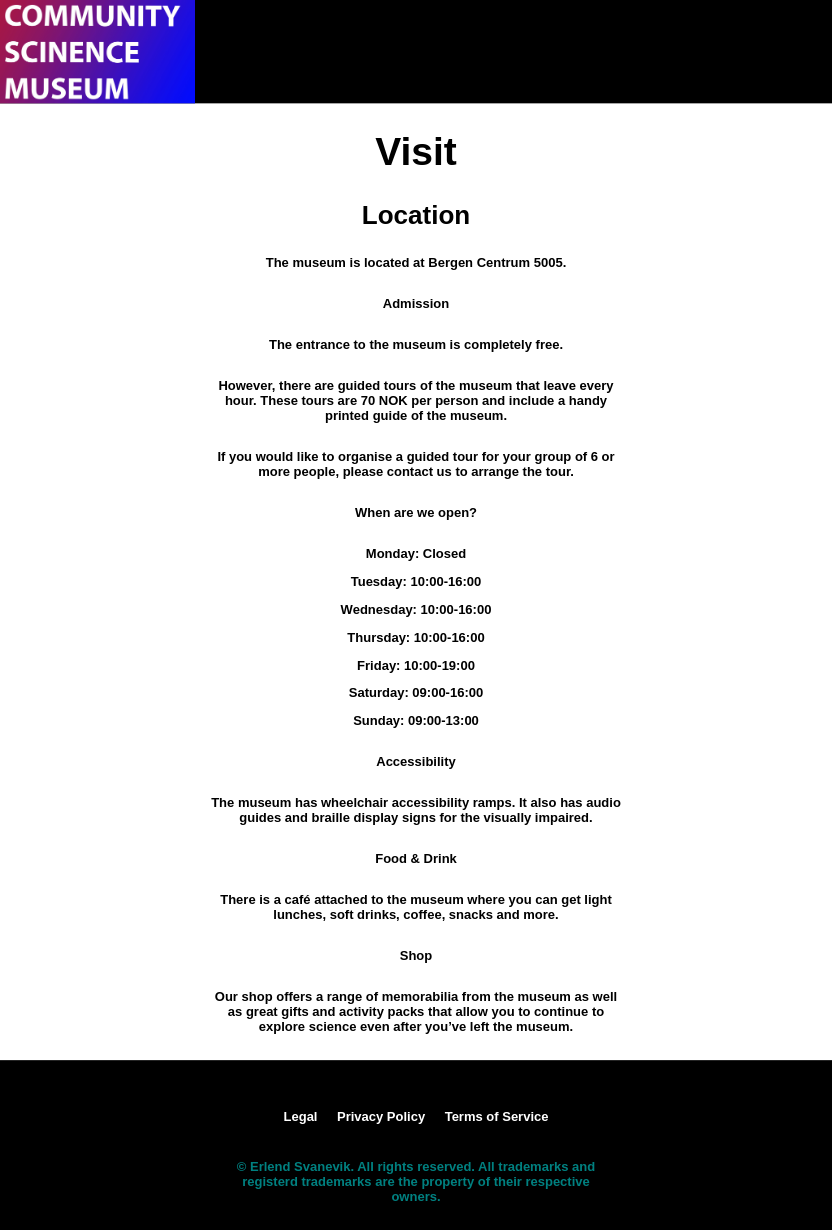
Repository: EpleWasTaken/Semester-Project
Page: visit.html
These files come from the project's save history. The page is drawn as it stood at one moment and after the next save; the edit follows.
The browser window is 1280 px wide. The pictures show the whole page, at 65% of full size.
Some web libraries are served in a nearby version.

Above is the page before, as saved 2020-12-04 16:50:15.

### visit.html
<!DOCTYPE html>
<html lang="en">
<head>
    <meta charset="UTF-8">
    <meta name="viewport" content="width=device-width, initial-scale=1.0">
    <meta name="keywords" content="museum, science museum, community museum">
    <meta name="author" content="Erlend Molvik Svanevik">
    <title>CMS Visit</title>

    <link rel="stylesheet" href="./css/styles.css">
    <link rel="stylesheet" href="./css/footer.css">

</head>


<!--NAVIGAION, LOGO AND SEARCH BAR-->


<body>
    <header>
        <div class="logo-container">
            <a href="index.html" aria-label="Go to frontpage">
                <img src="/Images/CommunityScienceMuseum.jpg" class="logo" alt="Community Science Museum logo">
            </a>
        </div>
        <label class="hamburger-menu" for="hamburger-menu" aria-label="Hamburger menu for navigation"><i class="fas fa-bars fa-2x"></i></label>
        <input type="checkbox" id="hamburger-menu">
        <nav>
            <div class="nav-container">
                <ul>
                    <h2>Menu</h2>
                    <li><a href="index.html" aria-label="Go to home page">Home</a></li>
                    <li><a href="visit.html" aria-label="Go to the visit page">Visit</a></li>
                    <li><a href="to-see-and-do.html" aria-label="Go to: To see and do">To see and do</a></li>
                    <li><a href="contact.html" aria-label="Go to the contact page">Contact</a></li>
                    <li><a href="about.html" aria-label="Go to the about page">About</a></li>
                </ul>
            </div>
        </nav>
    </header>


<main>
    <div class="visit-container">
        <div class="visit-text">
        <h1>Visit</h1>
        <h3>Location</h3>
        <p>The museum is located at Bergen Centrum 5005.</p>
    </div>
    <div>
        <h2>Admission</h2>
        <p>The entrance to the museum is completely free.</p>
        <p>However, there are guided tours of the museum that leave every hour.
        These tours are 70 NOK per person and include a handy printed guide of the museum.</p>
        <p>If you would like to organise a guided tour for your group of 6 or more people, please contact us to arrange the tour.</p>
    </div>
    <div class="open-hours">
        <h2>When are we open?</h2>
        <p>Monday: Closed</p>
        <p>Tuesday: 10:00-16:00</p>
        <p>Wednesday: 10:00-16:00</p>
        <p>Thursday: 10:00-16:00</p>
        <p>Friday: 10:00-19:00</p>
        <p>Saturday: 09:00-16:00</p>
        <p>Sunday: 09:00-13:00</p>

    </div>
    <div>
        <h2>Accessibility</h2>
        <p>The museum has wheelchair accessibility ramps.
        It also has audio guides and braille display signs for the visually impaired.</p>
    </div>
    <div>
        <h2>Food & Drink</h2>
        <p>There is a café attached to the museum where you can get light lunches, soft drinks, coffee, snacks and more.</p>
    </div>
    <div>
        <h2>Shop</h2>
        <p>Our shop offers a range of memorabilia from the museum as well as great gifts and activity packs that allow you to continue to explore science even after you’ve left the museum.</p>
    </div>
</main>


<!--FOOTER, TOS/LEGAL/PRIVACY-POLICY AND SOCIALS-->


    <footer class="footer">
        <div class="footer-container">
            <ul class="footer-social">
                <li>
                    <a href="#0" class="facebook"><i class="fab fa-facebook"></i></a>
                </li>
                <li>
                    <a href="#0" class="twitter"><i class="fab fa-twitter"></i></a>
                </li>
                <li>
                    <a href="#0" class="youtube"><i class="fab fa-youtube"></i></a>
                </li>
            </ul>
        </div>
        <div class="footer-container">
            <div class="footer-legal">
                <a href="#0">Legal</a>
                <a href="#0">Privacy Policy</a>
                <a href="#0">Terms of Service</a>
            </div>
            <div class="footer-copyright">
                <p>&copy; Erlend Svanevik. All rights reserved. All trademarks and registerd trademarks are the property of
                   their respective owners.</p>
            </div>
        </div>
    </footer>
</body>
</html>

### css/styles.css
* {
	margin: 0px;
	padding: 0px;
	box-sizing: border-box;
}

body {
	font-family: 'poppins', sans seriff;
	background-color: white;
}

header {
	display: flex;
	background-color: black;
}

.logo {
	max-width: 125px;
}

.logo-container {
	height: 66.41px;
}

/* NAVIGATION/HAMBURGER MENU/CLICKEBLE
-------------------------------------------*/

nav {
	display: none;
}

label {
	display: block;
	height: 48px;
	padding: 16px;
	position: absolute;
	right: 0;
	top: 0;
	color: white;
	z-index: 1;
}

.nav-container {
	display: flex;
	flex-direction: column;
	align-items: center;
	position: fixed;
	top: 0;
	right: 0;
	background-color: black;
	width: 100%;
	height: 100vh;
	justify-content: center;
}

ul a {
	display: flex;
	text-decoration: none;
	font-size: 25px;
	justify-content: space-between;
	list-style-type: none;
	color: white;
	margin: 15px;
	font-weight: 400;
	align-items: center;
}

ul h2 {
	display: flex;
	text-decoration: underline;
	font-size: 35px;
	justify-content: space-between;
	list-style-type: none;
	color: white;
	margin: 25px;
	font-weight: 600;
	align-items: center;
}

ul {
	display: flex;
	flex-direction: column;
	justify-content: center;
	align-items: center;
}

#hamburger-menu {
	display: none;
}

#hamburger-menu:checked ~ nav {
	display: block;
}

/*PICTURES
-----------------------------------------------*/

.homepic {
	width: auto;
	max-width: 100%;
	height: auto;
}

/**/

h1 {
	display: flex;
	align-items: center;
	justify-content: center;
	font-family: 'poppins', sans-serif;
	margin-left: auto;
	margin-right: auto;
	font-weight: 600;
	font-size: 30px;
	margin: 40px;
	text-align: center;
}

h3 {
	display: flex;
	align-items: center;
	justify-content: center;
	font-family: 'poppins', sans-serif;
	font-weight: 600;
	font-size: 20px;
	margin: 40px;
	text-align: center;
}

h2 {
	display: flex;
	align-items: center;
	justify-content: center;
	font-family: 'poppins', sans-serif;
	margin-left: auto;
	margin-right: auto;
	font-weight: 600;
	font-size: 20px;
	margin: 40px;
	text-align: center;
}

p {
	display: flex;
	align-items: center;
	justify-content: center;
	font-family: 'poppins', sans-serif;
	font-weight: 600;
	font-size: 15px;
	margin: 40px;
	max-width: 70%;
	margin-left: auto;
	margin-right: auto;
	text-align: center;
}

.open-hours p {
	margin: 20px;
	margin-left: auto;
	margin-right: auto;
	align-items: center;
	justify-content: center;
	text-align: center;
}

.footer-copyright {
	display: flex;
	flex-direction: column;
	justify-content: center;
	align-items: center;
	text-align: center;
}

@media screen and (min-width: 1024px) {
	header {
		height: 159.38px;
	}

	.logo {
		display: flex;

		max-width: 300px;
	}

	.hamburger-menu {
		display: none;
	}

	.homepic {
		display: flex;
		flex-direction: column;
		justify-content: center;
		align-items: center;
		max-width: 1664px;
		margin-left: auto;
		margin-right: auto;
	}

	h1 {
		display: flex;
		align-items: center;
		justify-content: center;
		font-family: 'poppins', sans-serif;
		font-weight: 600;
		font-size: 60px;
		margin: 40px;
	}

	p {
		display: flex;
		align-items: center;
		justify-content: center;
		font-family: 'poppins', sans-serif;
		font-weight: 600;
		font-size: 20px;
		margin: 40px;
		max-width: 50%;
		margin-left: auto;
		margin-right: auto;
	}

	h3 {
		display: flex;
		align-items: center;
		justify-content: center;
		font-family: 'poppins', sans-serif;
		font-weight: 600;
		font-size: 40px;
		margin: 40px;
	}
}

### css/footer.css
/* FOOTER */

* {
	padding: 0;
	margin: 0;
	box-sizing: border-box;
}

footer {
	display: flex;
	flex-direction: column;
	justify-content: center;
	align-items: center;
	background-color: black;
	font-family: 'Poppins', sans-serif;
	font-weight: 600;
}

.footer-container {
	display: flex;
	flex-direction: column;
	justify-content: center;
	align-items: center;
}

.footer-social {
	font-size: 35px;
}

.footer-social li a {
	color: white;
}

.footer-legal {
	display: flex;
	flex-direction: column;
	text-decoration: none;
	align-items: center;
	justify-content: center;
	font-size: 20px;
}

.footer-legal a {
	display: flex;
	text-decoration: none;
	flex-direction: column;
	padding: 15px;
}

.footer-social li a.facebook:hover {
	color: #3b5998;
}

.footer-social li a.twitter:hover {
	color: #00acee;
}

.footer-social li a.youtube:hover {
	color: #c4302b;
}

.footer-legal a {
	color: white;
}

.footer-legal a:hover {
	color: #021859;
}

.footer-copyright {
	display: flex;
	flex-direction: column;
	text-decoration: none;
	font-size: 14px;
	color: teal;
}

ul {
	list-style: none;
}

@media screen and (min-width: 1024px) {
	.footer-legal {
		display: flex;
		flex-direction: row;
		justify-content: center;
		align-items: center;
	}

	.footer-legal a {
		display: flex;
		flex-direction: row;
		justify-content: center;
		align-items: center;
		padding: 15px;
	}

	.footer-social {
		display: flex;
		flex-direction: row;
		justify-content: center;
		align-items: center;
		text-decoration: none;
	}

	.footer-container {
		text-decoration: none;
	}

	.footer-social li {
		display: flex;
		flex-direction: row;
		text-decoration: none;
		margin: 15px;
	}
}

After the next save:
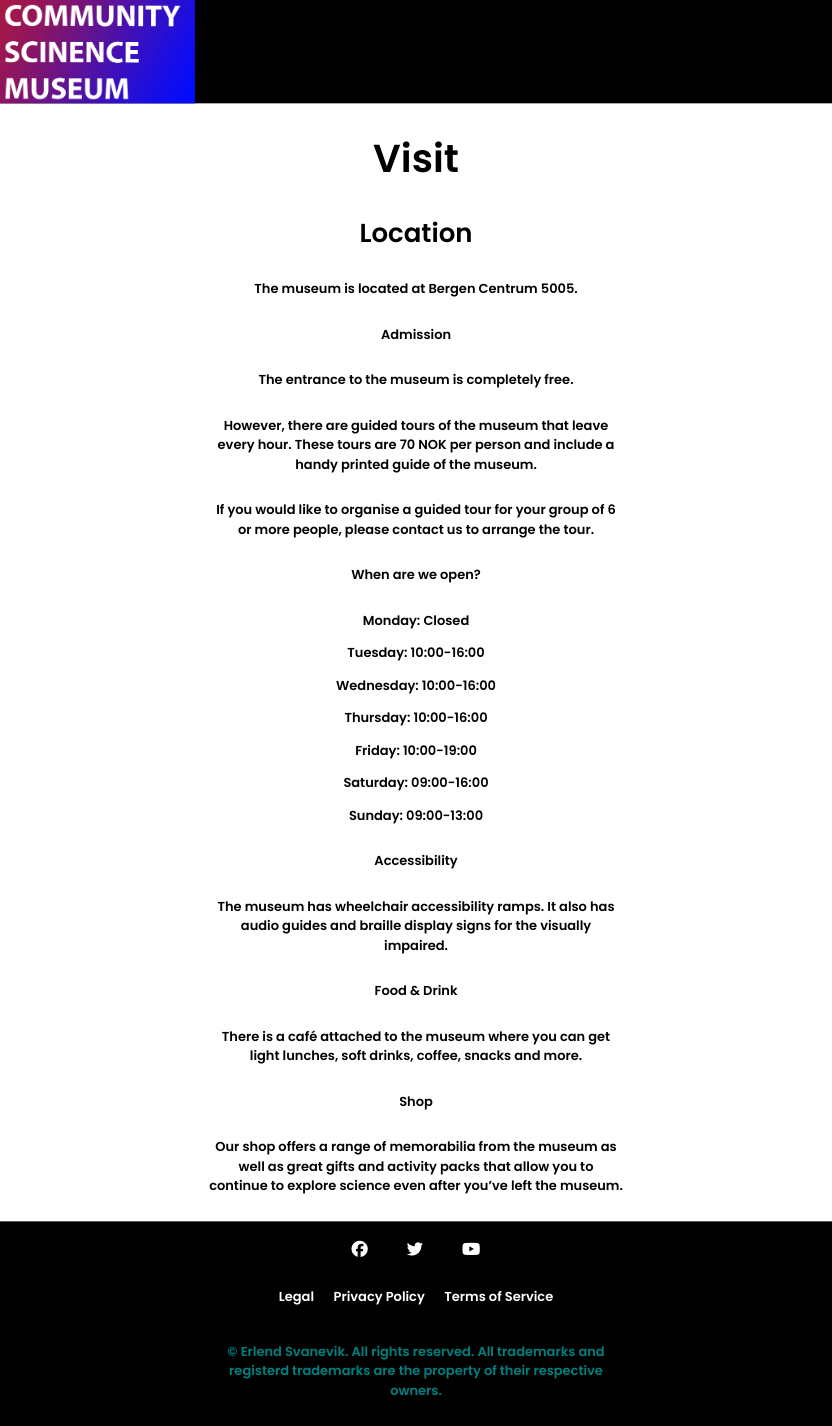
Saved 38 s later.
--- a/visit.html
+++ b/visit.html
@@ -7,8 +7,11 @@
     <meta name="author" content="Erlend Molvik Svanevik">
     <title>CMS Visit</title>
 
+    <link rel="preconnect" href="https://fonts.gstatic.com">
+    <link href="https://fonts.googleapis.com/css2?family=Poppins:ital,wght@0,100;0,200;0,300;0,400;0,500;0,600;1,100;1,200;1,300;1,400;1,500;1,600&display=swap" rel="stylesheet">
     <link rel="stylesheet" href="./css/styles.css">
     <link rel="stylesheet" href="./css/footer.css">
+    <script src="https://kit.fontawesome.com/cafca22d75.js" crossorigin="anonymous"></script>
 
 </head>
 
